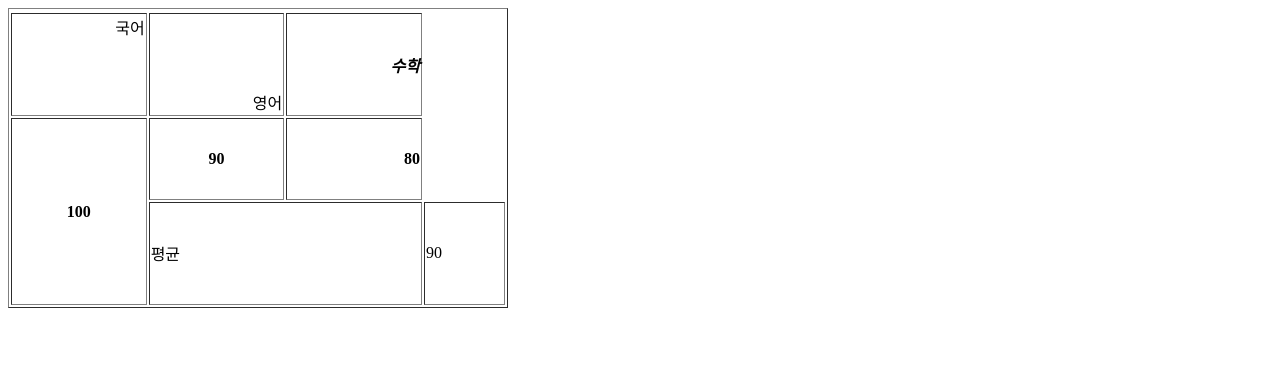
Repository: bjKim2/JSP
Page: HTML/src/main/webapp/Lec03.html
An editor plug-in stored every save of this project. The page is shown before and after the next save, followed by the edit.
The browser window is 1280 px wide. The pictures show the whole page.

Above is the page before, as saved 2022-03-15 02:25:34.

### HTML/src/main/webapp/Lec03.html
<!DOCTYPE html>
<html>
	<head>
		<meta charset="UTF-8">
		<title>Insert title here</title>
	</head>
	<body>
		<table border = '1' width = "500" height = "300">
			<tr>

			</tr>

			<tr align = "right">
				<td valign = "top">국어</td>
				<td valign = "bottom">영어</td>
				<td valign = "middle"><i><b>수학</b></i></td>
			</tr>
			<tr>
				<th rowspan = "2">100</th>
				<th align = "center">90</th>
				<th align = "right">80</th>

			</tr>
			<tr>

				<td colspan = "2">평균</td>
				<td>90</td>


			</tr>


		</table>
	</body>
</html>

After the next save:
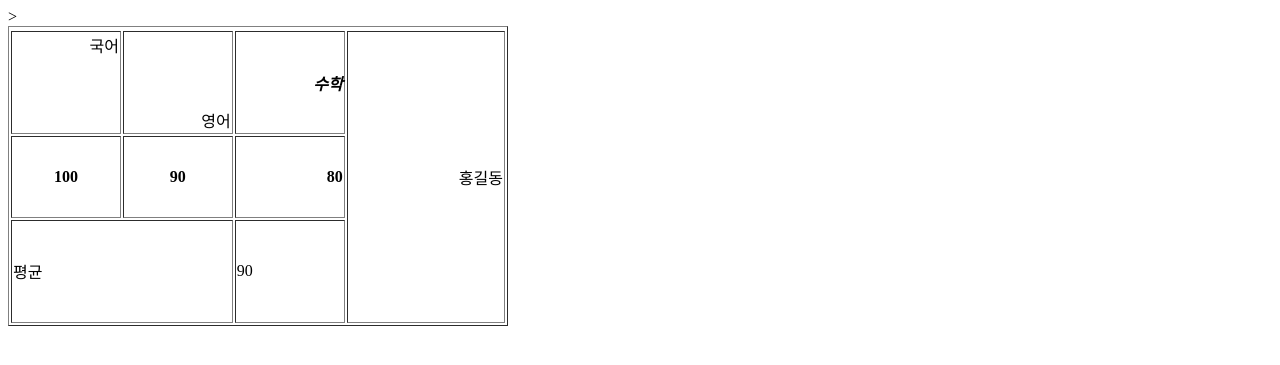
Saved 93 s later.
--- a/HTML/src/main/webapp/Lec03.html
+++ b/HTML/src/main/webapp/Lec03.html
@@ -14,9 +14,10 @@
 				<td valign = "top">국어</td>
 				<td valign = "bottom">영어</td>
 				<td valign = "middle"><i><b>수학</b></i></td>
+				<td rowspan = "3"> 홍길동 </td>>
 			</tr>
 			<tr>
-				<th rowspan = "2">100</th>
+				<th >100</th>
 				<th align = "center">90</th>
 				<th align = "right">80</th>
 
